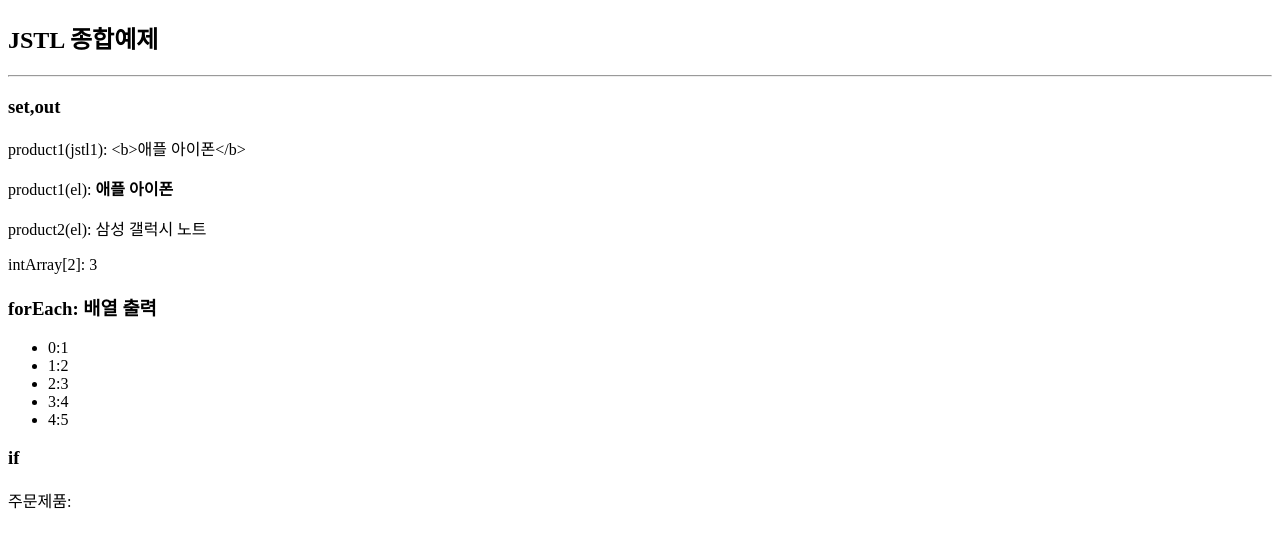
Repository: heezzanggg/JSPWebProgramming
Page: http://localhost/jwbook/ch07/jstlExam.jsp
These files come from the project's save history. The page is drawn as it stood at one moment and after the next save; the edit follows.
The browser window is 1280 px wide. The pictures show the whole page.
The page is served by Tomcat 9. Other server files are loaded and not shown.

Above is the page before, as saved 2023-03-27 18:24:40.

### JSPWebProgramming/jwbook/src/main/webapp/ch07/jstlExam.jsp
<%@ page language="java" contentType="text/html; charset=UTF-8"
    pageEncoding="UTF-8"%>
<%@ taglib uri="http://java.sun.com/jsp/jstl/core" prefix="c" %>
<!DOCTYPE html>
<html>
<head>
<meta charset="UTF-8">
<title>JSTL 종합예제</title>
</head>
<body>
	<h2>JSTL 종합예제</h2>
	<hr>

	<!-- set,out -->
	<h3>set,out</h3>
	<c:set var="product1" value="<b>애플 아이폰</b>" />
	<c:set var="product2" value="삼성 갤럭시 노트"/>
	<c:set var="intArray" value="${[1,2,3,4,5]}"/>

	<p>
		product1(jstl1):
		<c:out value="${product1}" default="Not registered" escapeXml="true" />
	</p>
	<p>product1(el): ${product1}</p>
	<p>product2(el): ${product2}</p>
	<p>intArray[2]: ${intArray[2]}</p>

	<!-- forEach -->
	<h3>forEach: 배열 출력</h3>
	<ul>
		<c:forEach var="num" varStatus="i" items="${intArray}">
			<li>${i.index}:${num}</li>
		</c:forEach>
	</ul>

	<!-- if -->
	<h3>if</h3>
	<c:set var="checkout" value="true"/>
	<c:if test="${checkout}">
		<p>주문제품:
	</c:if>
</body>
</html>

After the next save:
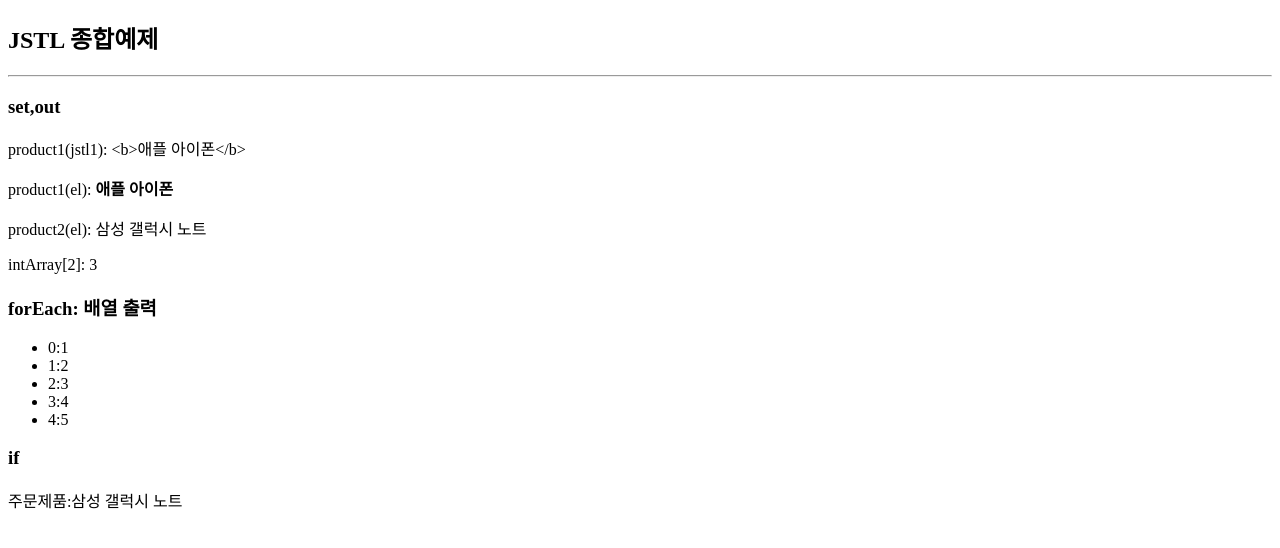
Saved 9 s later.
--- a/JSPWebProgramming/jwbook/src/main/webapp/ch07/jstlExam.jsp
+++ b/JSPWebProgramming/jwbook/src/main/webapp/ch07/jstlExam.jsp
@@ -37,7 +37,7 @@
 	<h3>if</h3>
 	<c:set var="checkout" value="true"/>
 	<c:if test="${checkout}">
-		<p>주문제품:
+		<p>주문제품:${product2}</p>
 	</c:if>
 </body>
 </html>
